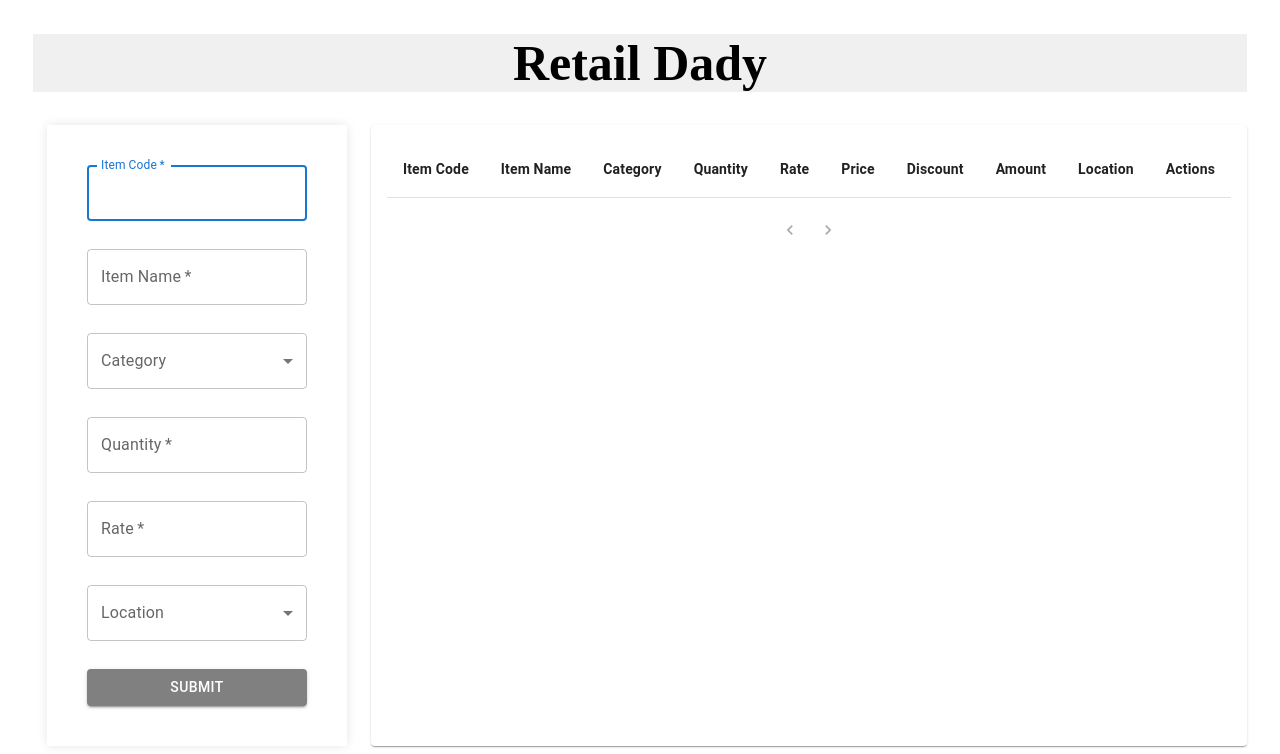
Repository: SharonSebastian32/retail-dady-frontend-app
Page: /
The author's editor kept a copy of each file at every save. The page is drawn from the files as they stood at one save, then again after a run of saves.
The browser window is 1280 px wide. The pictures show the whole page.
The page's requests for data from a server got no answer. The project was rebuilt for these pictures with package versions that can differ from the ones it lists, and the page was loaded fresh each time. No one was signed in, and anything a server would have sent is missing. Also part of the build but not shown: vite.config.js, src/components/Childrens/FormDialogue.jsx, src/components/Childrens/ViewDetails.jsx, src/App.css.

Above is the page before, as saved 2024-12-07 21:23:40.

### index.html
<!DOCTYPE html>
<html lang="en">
  <head>
    <meta charset="UTF-8" />
    <link rel="icon" type="image/svg+xml" href="/image.png" />
    <meta
      name="viewport"
      content="width=device-width, initial-scale=1.0, maximum-scale=5.0, minimum-scale=1.0"
    />
    <meta http-equiv="X-UA-Compatible" content="IE=edge" />
    <meta name="theme-color" content="#000000" />
    <meta name="description" content="Retail Dady - Your retail solution" />
    <title>Retail Dady</title>
  </head>
  <body>
    <div id="root"></div>
    <script type="module" src="/src/main.jsx"></script>
  </body>
</html>

### src/main.jsx
import { createRoot } from "react-dom/client";
import App from "./App.jsx";
import "primereact/resources/themes/lara-light-indigo/theme.css";
import "primereact/resources/primereact.min.css";
createRoot(document.getElementById("root")).render(<App />);

### src/App.jsx
import { useState } from "react";
import Tables from "./components/Tables";
import "./App.css";
import InvoiceForm from "./components/Form";

function App() {
  const [refresh, setRefresh] = useState(false);

  const triggerRefresh = () => {
    setRefresh((prev) => !prev);
  };

  return (
    <div style={{ padding: "0px 25px" }}>
      <h1
        style={{
          backgroundColor: "#f0f0f1",
          color: "black",
          fontFamily: "serif",
          fontSize: "50px",
          textAlign: "center",
        }}
      >
        Retail Dady
      </h1>
      <div style={{ display: "flex", flexDirection: "row", gap: "10px" }}>
        <InvoiceForm onFormSubmit={triggerRefresh} />
        <Tables refresh={refresh} />
      </div>
    </div>
  );
}

export default App;

### src/components/Tables.jsx
import { useEffect, useState, useRef } from "react";
import axios from "axios";
import { Toast } from "primereact/toast";
import { ConfirmDialog, confirmDialog } from "primereact/confirmdialog";
import {
  Table,
  TableBody,
  TableCell,
  TableContainer,
  TableHead,
  TableRow,
  Paper,
  IconButton,
  Pagination,
} from "@mui/material";
import { MdDeleteOutline } from "react-icons/md";
import { CiEdit } from "react-icons/ci";
import { RxEyeOpen } from "react-icons/rx";
import FormDialog from "./Childrens/FormDialogue";
import ViewDialog from "./Childrens/ViewDetails.jsx"; // Import ViewDialog

function Tables({ refresh }) {
  const [data, setData] = useState([]);
  const [currentPage, setCurrentPage] = useState(1);
  const rowsPerPage = 6;
  const toast = useRef(null);
  const [selectedRow, setSelectedRow] = useState(null); // For FormDialog and ViewDialog
  const [viewMode, setViewMode] = useState(false); // Track if the view dialog is open
  const showToast = (severity, summary, detail) => {
    toast.current.show({
      severity: severity,
      summary: summary,
      detail: detail,
      life: 3000,
    });
  };

  useEffect(() => {
    fetchInvoices();
  }, [refresh]);

  const fetchInvoices = async () => {
    try {
      const response = await fetch(
        import.meta.env.VITE_API_URL + "/api/v1/invoices/getall",
        {
          method: "GET",
          headers: {
            "Content-Type": "application/json",
          },
        }
      );

      if (!response.ok) {
        throw new Error(`HTTP error! Status: ${response.status}`);
      }

      const result = await response.json();
      setData(result.data.reverse());
    } catch (error) {
      console.error("Error fetching invoices:", error);
      showToast(
        "error",
        "Error",
        "Failed to fetch Stock. Please try again later."
      );
    }
  };

  const confirmDelete = (id) => {
    confirmDialog({
      message: "Are you sure you want to delete Stock?",
      header: "Delete",
      icon: "pi pi-exclamation-triangle",
      acceptClassName: "p-button-danger",
      accept: () => handleDelete(id),
      reject: () =>
        showToast("info", "Cancelled", "Delete operation cancelled"),
    });
  };

  const handleDelete = async (id) => {
    if (!id) {
      showToast("error", "Error", "No Stock ID provided for deletion");
      return;
    }
    try {
      const response = await axios.delete(
        import.meta.env.VITE_API_URL + `/api/v1/invoices/delete/${id}`
      );
      if (response.status === 200) {
        setData((prevData) => prevData.filter((item) => item._id !== id));
        showToast("success", "Success", "Item deleted successfully!");
      } else {
        showToast("error", "Error", "Failed to delete item.");
      }
    } catch (error) {
      console.error("Error deleting item:", error);
      showToast("error", "Error", "Failed to delete item.");
    }
  };

  const findDocumentAndUpdate = (row) => {
    setSelectedRow(row);
    setViewMode(false); // Set to false when editing, as it should show the form dialog
  };

  const viewDocument = (row) => {
    setSelectedRow(row);
    setViewMode(true); // Set to true when viewing, to show the view dialog
  };

  const getDiscount = (category) => {
    switch (category) {
      case "Vegetables":
        return 10;
      case "Stationaries":
        return 3;
      case "Fruits":
        return 5;
      default:
        return 0;
    }
  };

  const getCategoryAbbreviation = (category) => {
    switch (category) {
      case "Vegetables":
        return "VEG";
      case "Stationaries":
        return "STR";
      case "Fruits":
        return "FRT";
      default:
        return category;
    }
  };

  const handleEdit = async () => {
    try {
      await fetchInvoices();
      showToast("success", "Success", "Updated successfully!");
    } catch (error) {
      console.error("Error handling submit:", error);
      showToast(
        "error",
        "Error",
        "Failed to update data. Please try again later."
      );
    }
  };

  const indexOfLastRow = currentPage * rowsPerPage;
  const indexOfFirstRow = indexOfLastRow - rowsPerPage;
  const currentRows = data.slice(indexOfFirstRow, indexOfLastRow);
  const totalPages = Math.ceil(data.length / rowsPerPage);

  return (
    <Paper elevation={1} sx={{ padding: 2 }}>
      <Toast ref={toast} />
      <ConfirmDialog />
      <TableContainer>
        <Table>
          <TableHead>
            <TableRow>
              {[
                "Item Code",
                "Item Name",
                "Category",
                "Quantity",
                "Rate",
                "Price",
                "Discount",
                "Amount",
                "Location",
                "Actions",
              ].map((header) => (
                <TableCell key={header} style={{ fontWeight: "bold" }}>
                  {header}
                </TableCell>
              ))}
            </TableRow>
          </TableHead>
          <TableBody>
            {currentRows.map((row, index) => {
              const discount = getDiscount(row.category);
              const price = row.quantity * (row.rate || 0);
              const amountPay = (price - (price * discount) / 100).toFixed(2);
              return (
                <TableRow
                  key={row._id}
                  style={{
                    backgroundColor: index % 2 === 0 ? "#ffffff" : "#f0f0f0",
                    cursor: "pointer",
                  }}
                >
                  <TableCell>{row.itemCode}</TableCell>
                  <TableCell>{row.itemName}</TableCell>
                  <TableCell>{getCategoryAbbreviation(row.category)}</TableCell>
                  <TableCell>{row.quantity}</TableCell>
                  <TableCell>{row.rate?.toFixed(2) || "-"}</TableCell>
                  <TableCell>{price.toFixed(2) || "-"}</TableCell>
                  <TableCell>{`${discount}%`}</TableCell>
                  <TableCell>{amountPay}</TableCell>
                  <TableCell>{row.location || "-"}</TableCell>
                  <TableCell>
                    <div className="flex flex-row gap-2">
                      <IconButton
                        onClick={() => confirmDelete(row._id)}
                        aria-label="delete"
                        className="hover:bg-red-100"
                      >
                        <MdDeleteOutline color="red" />
                      </IconButton>
                      <IconButton
                        onClick={() => findDocumentAndUpdate(row)} // Open FormDialog for edit
                        aria-label="edit"
                        className="hover:bg-green-100"
                      >
                        <CiEdit color="green" />
                      </IconButton>
                      <IconButton
                        onClick={() => viewDocument(row)} // Open ViewDialog for viewing
                        aria-label="view"
                        className="hover:bg-gray-100"
                      >
                        <RxEyeOpen color="black" />
                      </IconButton>
                    </div>
                  </TableCell>
                </TableRow>
              );
            })}
          </TableBody>
        </Table>
      </TableContainer>
      <Pagination
        count={totalPages}
        page={currentPage}
        onChange={(event, page) => setCurrentPage(page)}
        sx={{ marginTop: 2, display: "flex", justifyContent: "center" }}
      />
      {/* Show FormDialog if editing, and ViewDialog if viewing */}
      {selectedRow && !viewMode && (
        <FormDialog
          open={!!selectedRow} // Open FormDialog if row is selected
          handleClose={() => setSelectedRow(null)} // Close FormDialog
          rowData={selectedRow} // Pass rowData for editing
          handleSubmit={handleEdit}
        />
      )}
      {selectedRow && viewMode && (
        <ViewDialog
          open={!!selectedRow} // Open ViewDialog if row is selected
          handleClose={() => setSelectedRow(null)} // Close ViewDialog
          rowData={selectedRow} // Pass rowData for viewing
        />
      )}
    </Paper>
  );
}

export default Tables;

### src/components/Form.jsx
import { useState, useRef, useEffect } from "react";
import { Toast } from "primereact/toast";
import { ConfirmDialog } from "primereact/confirmdialog";
import {
  Box,
  Button,
  MenuItem,
  Select,
  TextField,
  FormControl,
  InputLabel,
} from "@mui/material";

function Form({ onFormSubmit }) {
  const toast = useRef(null);
  const itemCodeRef = useRef(null); // Ref for itemCode input
  const [visible, setVisible] = useState(false);
  const [formData, setFormData] = useState({
    itemCode: "",
    itemName: "",
    category: "",
    quantity: "",
    rate: "",
    location: "",
  });

  const handleChange = (e) => {
    const { name, value } = e.target;
    setFormData((prevData) => ({ ...prevData, [name]: value }));
  };

  const handleFormSubmit = async () => {
    try {
      const response = await fetch(
        import.meta.env.VITE_API_URL + "/api/v1/invoices/create", // Fixed syntax error - removed extra parentheses
        {
          method: "POST",
          headers: { "Content-Type": "application/json" },
          body: JSON.stringify(formData),
        }
      );

      const data = await response.json();

      if (response.ok) {
        toast.current.show({
          severity: "success",
          summary: "Success",
          detail: "Stock added successfully!",
          life: 3000,
        });

        setFormData({
          itemCode: "",
          itemName: "",
          category: "",
          quantity: "",
          rate: "",
          location: "",
        });
        onFormSubmit();
      } else {
        showToastError(data.message || "Something went wrong!");
      }
    } catch (error) {
      showToastError("Failed to add stock. Please try again.");
      console.error(error);
    }
  };

  const showToastError = (message) => {
    toast.current.show({
      severity: "error",
      summary: "Error",
      detail: message,
      life: 3000,
    });
  };

  // Handle form submission action
  const handleSubmit = (e) => {
    e.preventDefault();
    setVisible(true);
  };

  // Confirmation accept and reject actions
  const accept = () => {
    handleFormSubmit();
    setVisible(false);
  };

  const reject = () => {
    toast.current.show({
      severity: "warn",
      summary: "Cancelled",
      detail: "You have cancelled the submission",
      life: 3000,
    });
  };

  // Focus on itemCode input field after form reset
  useEffect(() => {
    if (formData.itemCode === "") {
      itemCodeRef.current?.focus(); // Focus after resetting form data
    }
  }, [formData.itemCode]);

  return (
    <Box
      component="form"
      onSubmit={handleSubmit}
      sx={{
        marginTop: "9px",
        padding: "40px",
        boxShadow: "0px 0px 10px rgba(0, 0, 0, 0.1)",
        gap: "28px",
        display: "flex",
        flexDirection: "column",
        maxWidth: "300px",
        margin: "0 auto",
      }}
    >
      <Toast ref={toast} />
      <ConfirmDialog
        visible={visible}
        onHide={() => setVisible(false)}
        message="Are you sure you want to add this item to Stock?"
        header="Confirmation"
        icon="pi pi-exclamation-triangle"
        accept={accept}
        reject={reject}
      />

      {/* Item Code */}
      <TextField
        inputRef={itemCodeRef} // Ref for itemCode TextField
        label="Item Code"
        name="itemCode"
        value={formData.itemCode}
        onChange={handleChange}
        placeholder="Enter Item Code"
        required
        fullWidth
      />

      {/* Item Name */}
      <TextField
        label="Item Name"
        name="itemName"
        value={formData.itemName}
        onChange={handleChange}
        placeholder="Enter Item Name"
        required
        fullWidth
      />

      {/* Category */}
      <FormControl fullWidth>
        <InputLabel id="category-label">Category</InputLabel>
        <Select
          labelId="category-label"
          label="Category"
          name="category"
          value={formData.category}
          onChange={handleChange}
          required
        >
          <MenuItem value="Fruits">Fruits</MenuItem>
          <MenuItem value="Vegetables">Vegetables</MenuItem>
          <MenuItem value="Stationaries">Stationaries</MenuItem>
        </Select>
      </FormControl>

      {/* Quantity */}
      <TextField
        label="Quantity"
        name="quantity"
        type="number"
        value={formData.quantity}
        onChange={handleChange}
        placeholder="Enter Quantity"
        required
        fullWidth
      />

      {/* Rate */}
      <TextField
        label="Rate"
        name="rate"
        type="number"
        value={formData.rate}
        onChange={handleChange}
        placeholder="Enter Rate"
        required
        fullWidth
      />

      {/* Location */}
      <FormControl fullWidth>
        <InputLabel id="location-label">Location</InputLabel>
        <Select
          labelId="location-label"
          name="location"
          label="Location"
          value={formData.location}
          onChange={handleChange}
          required
        >
          <MenuItem value="Calicut">Calicut</MenuItem>
          <MenuItem value="Malappuram">Malappuram</MenuItem>
          <MenuItem value="Thrissur">Thrissur</MenuItem>
        </Select>
      </FormControl>

      {/* Submit Button */}
      <Button
        type="submit"
        variant="contained"
        sx={{ backgroundColor: "grey", width: "100%" }}
      >
        Submit
      </Button>
    </Box>
  );
}

export default Form;

After the next 2 saves:
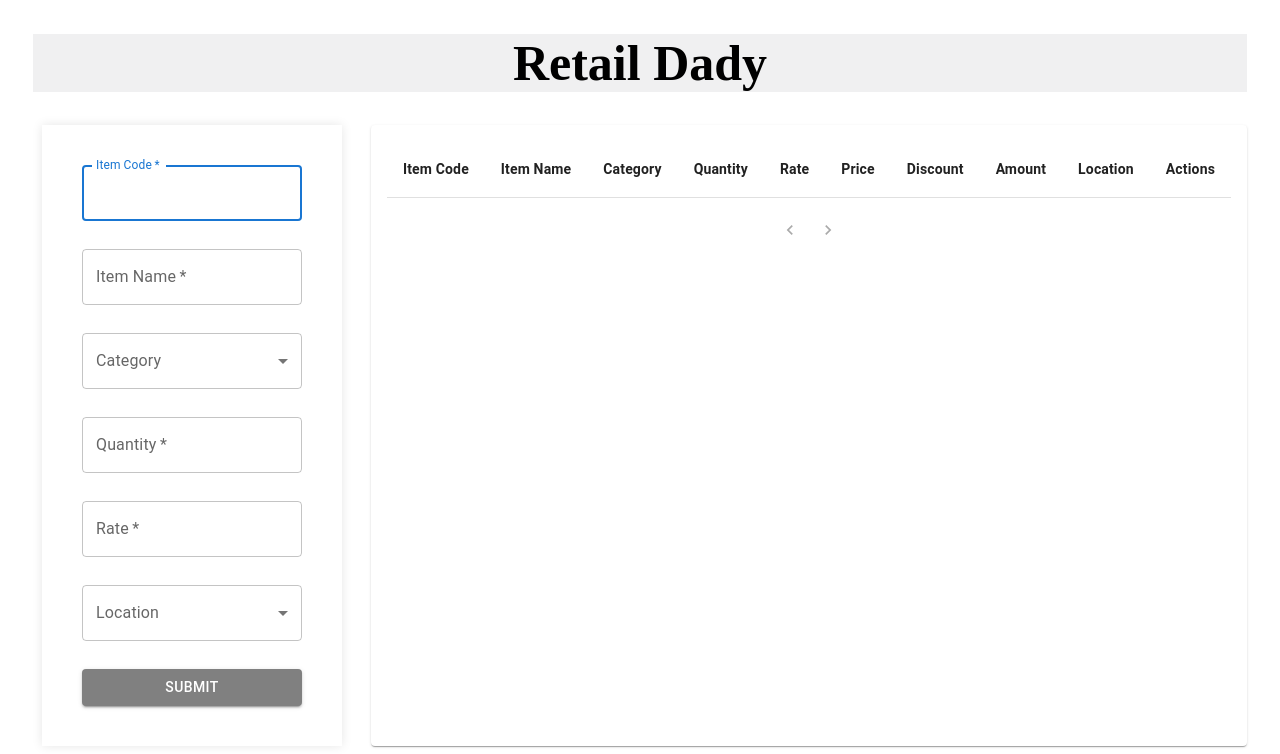
The 2 saves are shown as one change because they came seconds apart.
The last was saved 3 min 56 s later.
--- a/src/App.jsx
+++ b/src/App.jsx
@@ -23,7 +23,7 @@ function App() {
       >
         Retail Dady
       </h1>
-      <div style={{ display: "flex", flexDirection: "row", gap: "10px" }}>
+      <div style={{ display: "flex", flexDirection: "row", gap: "20px" }}>
         <InvoiceForm onFormSubmit={triggerRefresh} />
         <Tables refresh={refresh} />
       </div>
